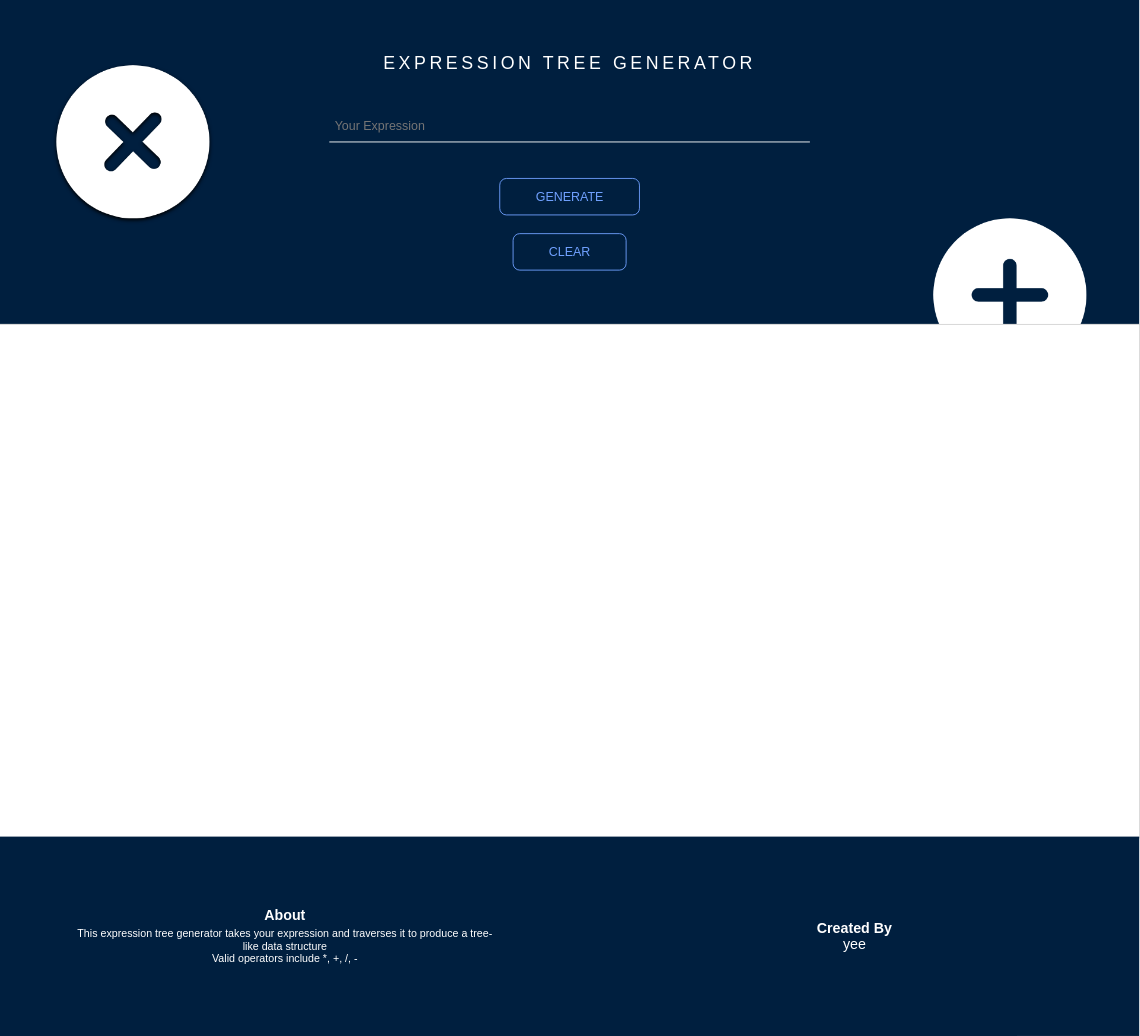
Repository: lnogueir/expression-tree-gen
Page: index.html
These files come from the project's save history. The page is drawn as it stood at one moment and after the next save; the edit follows.
The browser window is 1280 px wide. The page is 1281 px wide, so the pictures cover 1281 px, including what lies to the right of the window. The pictures show the whole page, at 89% of full size.

Above is the page before, as saved 2020-03-15 20:09:58.

After the next save:
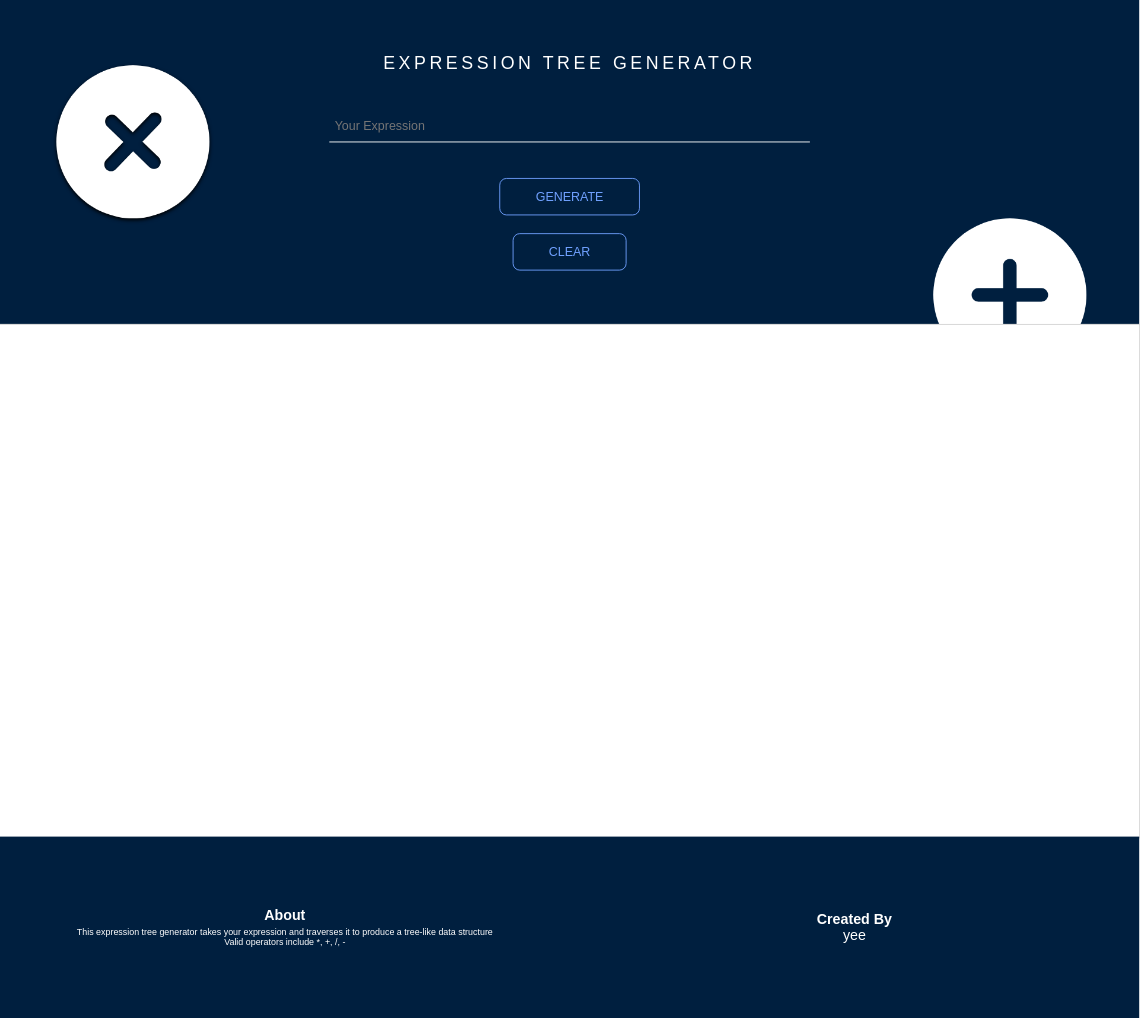
Saved 13 s later.
--- a/app.css
+++ b/app.css
@@ -98,7 +98,7 @@
   }
 
   .end-1-text p{
-      font-size: 12px;
+      font-size: 10px;
     width: 75%;
   }
 
